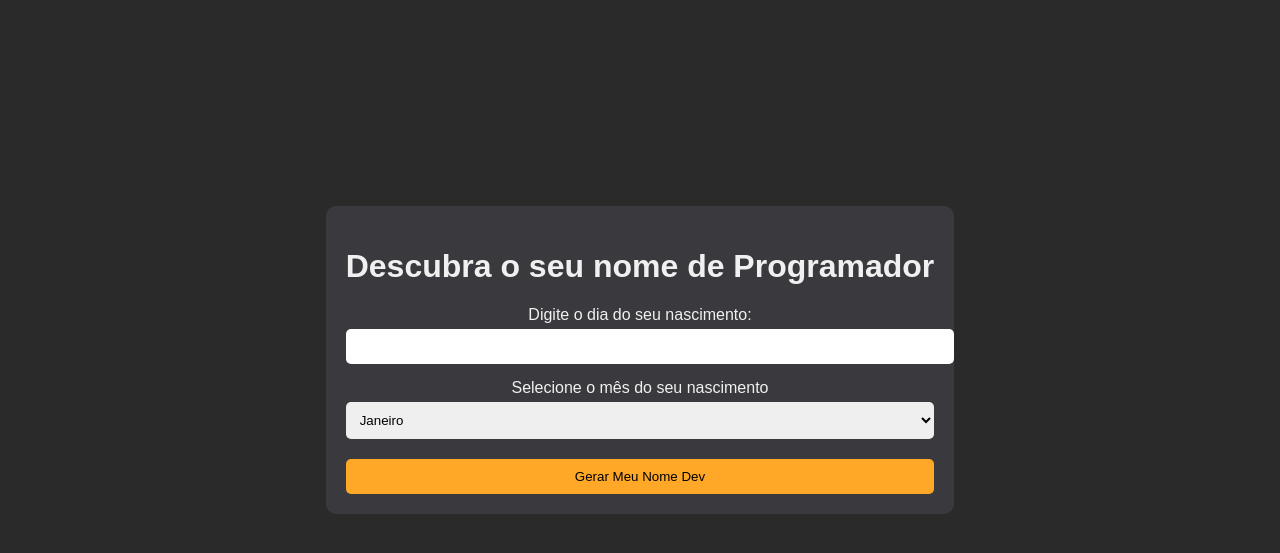
Repository: analessp/seu-nome-dev
Page: index.html
The author's editor kept a copy of each file at every save. The page is drawn from the files as they stood at one save, then again after the next save.
The browser window is 1280 px wide. The pictures show the whole page.

Above is the page before, as saved 2025-05-13 10:51:47.

After the next save:
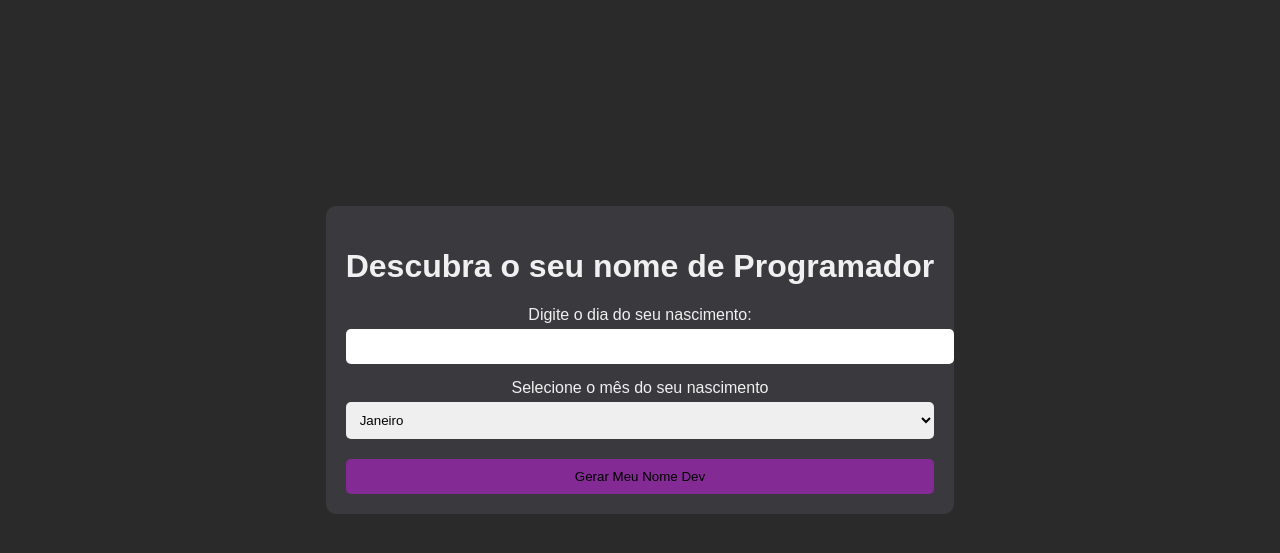
Saved 22 s later.
--- a/styles.css
+++ b/styles.css
@@ -32,5 +32,5 @@ input, select, button {
 }
 
 button {
-    background-color: #ffa726;
+    background-color: #842a94;
 }
